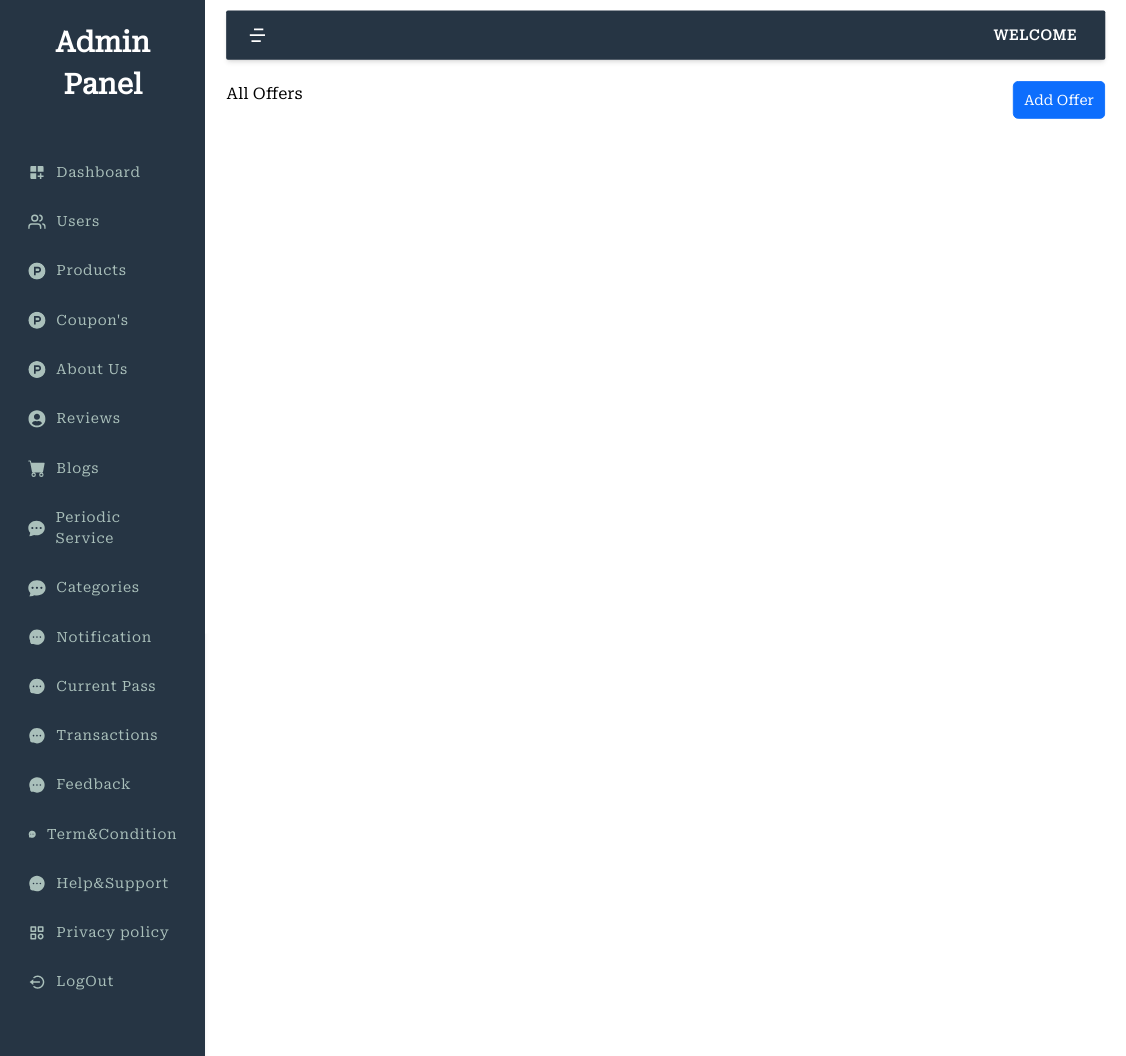
Repository: FlyweisReact/Arun-Chauhan
Page: /offers
An editor plug-in stored every save of this project. The page is shown before and after the next save, followed by the edit.
The browser window is 1280 px wide. The pictures show the whole page, at 88% of full size.
The page's requests for data from a server got no answer. Some web libraries are served in a nearby version. The project was rebuilt for these pictures with package versions that can differ from the ones it lists, and the page was loaded fresh each time. No one was signed in, and anything a server would have sent is missing. Also part of the build but not shown: src/components/forms/Login.jsx, src/components/layout/Navbar.jsx, src/components/layout/Sidebar.jsx, src/components/layout/HOC.jsx, src/components/pages/Dashboard.jsx, src/components/vendorPanel/components/pages/Message/Message.js, src/components/pages/UserKundli/UserKundli.jsx, src/components/pages/discount/Discount.jsx and 27 more.

Above is the page before, as saved 2023-03-14 15:20:44.

### public/index.html
<!-- @format -->

<!DOCTYPE html>
<html lang="en">
  <head>
    <meta charset="utf-8" />
    <!-- <link rel="icon" href="%PUBLIC_URL%/favicon.png" /> -->
    <meta name="viewport" content="width=device-width, initial-scale=1" />
    <meta name="theme-color" content="#000000" />
    <meta
      name="description"
      content="Web site created using create-react-app"
    />
    <link rel="apple-touch-icon" href="%PUBLIC_URL%/favicon.ico?v=2" />



    <link rel="manifest" href="%PUBLIC_URL%/manifest.json" />
    <link rel="preconnect" href="https://fonts.googleapis.com">
    <link rel="preconnect" href="https://fonts.gstatic.com" crossorigin>
    <link href="https://fonts.googleapis.com/css2?family=Roboto+Serif&display=swap" rel="stylesheet">
    <title>Arun   Panel</title>
  </head>
  <body>
    <noscript>You need to enable JavaScript to run this app.</noscript>
    <div id="root"></div>
    <script src="https://code.jquery.com/jquery-3.6.0.min.js"></script>
    <script src="https://kit.fontawesome.com/b533b351e4.js" crossorigin="anonymous"></script>
  </body>
</html>

### src/index.js
import React from "react";
import ReactDOM from "react-dom/client";
import "./index.css";
import App from "./App";
import { BrowserRouter } from "react-router-dom";
import 'bootstrap/dist/css/bootstrap.min.css'

const root = ReactDOM.createRoot(document.getElementById("root"));
root.render(
  <React.StrictMode>
    <BrowserRouter>
      <App />
    </BrowserRouter>
  </React.StrictMode>
);

### src/index.css
/** @format */

@tailwind base;
@tailwind components;
@tailwind utilities;




body {
  margin: 0;
  font-family: 'Roboto Serif', serif  !important;
  -webkit-font-smoothing: antialiased;
  -moz-osx-font-smoothing: grayscale;
}

/* Wcomponents */
.wcomp::-webkit-scrollbar {
  width: 0px;
}
::-webkit-scrollbar {
  width: 0px;
}
::-webkit-scrollbar-track {
  background: #696f78;
}
/* Handle */
::-webkit-scrollbar-thumb {
  background: #b4b8bf;
}

.main-card--container {
  display: grid;
  grid-template-columns: repeat(3, minmax(300px, 500px));
  grid-gap: 50px;
  justify-content: space-around;
}
.card-container {
  margin: 25px 0 auto;
  position: relative;
  display: grid;
  grid-template-columns: 1fr;
  justify-content: space-around;
  align-items: flex-start;
}

.img-thumbnail {
  width: 80px;
}
.img-large {
  max-width: 80%;
}

.formInput {
  padding: 5px;
}

.BannerImg{
  display: grid;
  grid-template-columns: auto auto auto;
  margin: 20px;
  justify-content: space-evenly;
  text-align: center;
}
.BannerImg div{
  box-shadow: rgba(0, 0, 0, 0.35) 0px 5px 15px;
  padding: 10px;

}
.BannerImg img{
  width: 400px;
  height: 200px;
}


li{
  list-style: disc;
}
.carouselImages{
  width: 200px !important;
}
.Car{
  width: 200px !important;
}

.three-Sec{
  display: grid;
  justify-content: space-evenly;
  grid-template-columns: auto auto auto;
  text-align: center;
  color: black;

}
.three-Sec div{
  box-shadow: rgba(0, 0, 0, 0.35) 0px 5px 15px;
  margin-top: 40px;
  padding : 10px;
}
.three-Sec img{
  width: 400px;
}
.three-Sec p{
  font-size: 20px;
  font-weight: bold;
  margin: 0;
}
.three-Sec button{
  border: 1px solid #B80000;
  background-color: #ffff;
  color: #B80000;
  width: 100%;
  padding: 3px;
  margin-top: 10px;
  font-size: 20px;
  transition: 0.5s;
}

.three-Sec button:hover{
  background-color: #B80000;
  color: #ffff;
}

### src/App.js
/** @format */

import { Routes, Route } from "react-router-dom";
import Login from "./components/forms/Login";
import Dashboard from "./components/pages/Dashboard";
import { ToastContainer } from "react-toastify";
import MSG from "./components/vendorPanel/components/pages/Message/Message";
import "react-toastify/dist/ReactToastify.css";
import UserKundli from "./components/pages/UserKundli/UserKundli";
import Discount from "./components/pages/discount/Discount";
import Chat from "./components/pages/reactChat/Chat";
import Horoscope from "./components/pages/horoScope/Horoscope";
import Specification from "./components/pages/SpecificationPage/Specification";
import VendorLogin from "./components/vendorPanel/components/forms/VendorLogin";
import VendorDashboard from "./components/vendorPanel/components/pages/VendorDashboard";
import Fedd from "./components/pages/FeedBack/Fedd";
import Users from "./components/vendorPanel/components/pages/Users/Users";
import TimeSlots from "./components/pages/TimeSlots/TimeSlots";
import Documents from "./components/pages/Documents/Documents";
import Notify from "./components/pages/Notifications/Notify";
import ProductDetail from "./components/pages/FeedBack/ProductDetail";
import Product from "./components/vendorPanel/components/pages/Products/Product";
import Category from "./components/vendorPanel/components/pages/Category/Category";
import Order from "./components/vendorPanel/components/pages/Orders/Order";
import Complaint from "./components/vendorPanel/components/pages/Complaint/Complaint";
import Vendor from "./components/vendorPanel/components/pages/Vendors/Vendor";
import SubCategory from "./components/pages/Subcategory/SubCategory";
import Tour from "./components/vendorPanel/components/pages/Tour";
import Transaction from "./components/vendorPanel/components/pages/Transaction";
import Privacy from "./components/vendorPanel/components/pages/Terms/Privacy";
import Terms from "./components/vendorPanel/components/pages/Terms/Terms";
import Transactions from './components/vendorPanel/components/pages/Users/Transactions'
import CurrentPass from "./components/vendorPanel/components/pages/Users/CurrentPass";
import Offers from "./components/vendorPanel/components/pages/Users/Offers";
import FeedBack from "./components/vendorPanel/components/pages/Users/FeedBack";
import TermsCon from "./components/vendorPanel/components/pages/Users/TermsCon";
import HelpSupport from "./components/vendorPanel/components/pages/Users/HelpSupport";

function App() {
  return (
    <>
      <ToastContainer />

      <Routes>
        <Route path="/vendorLogin" element={<Login />} />
        <Route path="/dashboard" element={<Dashboard />} />
        <Route path="/userkundli" element={<UserKundli />} />
        <Route path="/discount" element={<Discount />} />
        <Route path="/horoscope" element={<Horoscope />} />
        <Route path="/specification" element={<Specification />} />


        <Route path="/chat" element={<Chat />} />
        <Route path="feedback" element={<Fedd />} />
        <Route path="/time" element={<TimeSlots />} />
        <Route path="/document" element={<Documents />} />
        <Route path="/subCategory" element={<SubCategory />} />
        <Route path="/not" element={<Notify />} />
        <Route path="/viewProduct/:id" element={<ProductDetail />} />


        {/* Admin Panel */}
        <Route path="/" element={<VendorLogin />} />
        <Route path="/ven" element={<Vendor />} />
        <Route path="/product" element={<Product />} />
        <Route path="/tour" element={<Tour />} />
        <Route path='/transaction' element={<Transaction />} />
        <Route path="/users" element={<Users />} />
        <Route path="/order" element={<Order />} />
        <Route path="/msg" element={<MSG />} />
        <Route path="/complaint" element={<Complaint />} />
        <Route path="/vendorDashboard" element={<VendorDashboard />} />
        <Route path="/category" element={<Category />} />
        <Route path="/privacy" element={<Privacy />} />
        <Route path="/terms" element={<Terms />} />
        <Route path="/trans" element={<Transactions />} />
        <Route path="/currentPass" element={<CurrentPass />} />
        <Route path="/offers" element={<Offers />} />
        <Route path="/feedBacks" element={<FeedBack />} />
        <Route path="/termsCon" element={<TermsCon />} />
        <Route path='/helpSupport' element={<HelpSupport />} />
      </Routes>
    </>
  );
}

export default App;

### src/components/vendorPanel/components/pages/Users/Offers.js
/** @format */

import axios from "axios";
import { Button, Modal, Form } from "react-bootstrap";
import React, { useEffect, useState } from "react";
import HOC from "../../layout/HOC";

const Offers = () => {
  const [data, setData] = useState([]);
  const [modalShow, setModalShow] = useState(false);

  const fetchData = async () => {
    try {
      const { data } = await axios.get(
        "https://5o53oluanh.execute-api.ap-south-1.amazonaws.com/development/offers/getalloffersByAdmin"
      );
      setData(data);
    } catch (e) {
      console.log(e);
    }
  };

  useEffect(() => {
    fetchData();
  }, []);

  const deleteHandler = async (id) => {
    try {
      const { data } = await axios.delete(
        `https://5o53oluanh.execute-api.ap-south-1.amazonaws.com/development/offers/deleteOffersByAdmin/${id}`
      );
      console.log(data);
      fetchData();
      alert("Offer Deleted");

    } catch (e) {
      console.log(e);
    }
  };

  function PostOffer(props) {
    const [image, setImage] = useState("");
    const [ImageUrl, setImageUrl] = useState("");
    const [desc, setDesc] = useState("");

    const uploadImage = (e) => {
      const data = new FormData();
      data.append("file", image);
      data.append("upload_preset", "ml_default");
      data.append("cloud_name", "dbcnha741");
      fetch("https://api.cloudinary.com/v1_1/dbcnha741/image/upload", {
        method: "post",
        body: data,
      })
        .then((res) => res.json())
        .then((data) => {
          setImageUrl(data.url);
          console.log(data.url);
        })
        .catch((err) => {
          console.log(err);
        });
    };

    const postHandler = async (e) => {
      e.preventDefault();
      try {
        const { data } = await axios.post(
          "https://5o53oluanh.execute-api.ap-south-1.amazonaws.com/development/offers/offerstouserByAdmin",
          {
            image: ImageUrl,
            desc,
          }
        );
        console.log(data);
        props.onHide();
        fetchData();
        alert("Offer Created");

      } catch (e) {
        console.log(e);
      }
    };

    return (
      <Modal
        {...props}
        size="lg"
        aria-labelledby="contained-modal-title-vcenter"
        centered
      >
        <Modal.Header closeButton>
          <Modal.Title id="contained-modal-title-vcenter">
            Add Offer
          </Modal.Title>
        </Modal.Header>
        <Modal.Body>
          <Form onSubmit={postHandler}>
            <Form.Group className="mb-3">
              <Form.Label>Image</Form.Label>
              <Form.Control
                type="file"
                onChange={(e) => setImage(e.target.files[0])}
              />
            </Form.Group>
            <Form.Group className="mb-3">
              <Form.Label>Description</Form.Label>
              <Form.Control
                type="text"
                onClick={() => uploadImage()}
                onChange={(e) => setDesc(e.target.value)}
              />
            </Form.Group>
            <Button type="submit">Submit</Button>
          </Form>
        </Modal.Body>
        <Modal.Footer></Modal.Footer>
      </Modal>
    );
  }

  return (
    <>
      <PostOffer show={modalShow} onHide={() => setModalShow(false)} />

      <div style={{ display: "flex", justifyContent: "space-between" }}>
        <p style={{ color: "black", fontSize: " 18px" }}>All Offers</p>
        <Button onClick={ () => setModalShow(true)}>Add Offer</Button>
      </div>

      <div className="BannerImg">
        {data?.data?.map((i, index) => (
          <div key={index} style={{ marginTop: "40px" }}>
            <img src={i.image} alt="" />
            <p style={{ color: "black" }}>{i.desc}</p>
            <Button
              variant="outline-danger"
              style={{ width: "100%" }}
              onClick={() => deleteHandler(i._id)}
            >
              Delete
            </Button>
          </div>
        ))}
      </div>
    </>
  );
};

export default HOC(Offers);

### src/components/vendorPanel/components/layout/HOC.jsx
import React, { useState } from "react";
import Navbar from "./Navbar";
import Sidebar from "./Sidebar";

const HOC = (Wcomponenet) => {
  return function Component() {
    const [hamb, setHamb] = useState(false);
    return (
      <>
        <section className="flex overflow-x-hidden relative">
          {/* Sidebar */}
          <div
            className={
              hamb
                ? " absolute top-0 z-30 md:w-auto shadow-md bg-slate-200  w-60 transition-all md:-left-full left duration-150  h-auto overflow-y-auto  left-0 "
                : " md:w-72 z-30 bg-slate-200  shadow-md  md:static absolute top-0 -left-full   transition-all duration-150  overflow-y-auto h-auto"
            }
          >
            <Sidebar hamb={hamb} setHamb={setHamb} />
          </div>
          {/* Components & Navbar */}
          <div
            className={
              hamb
                ? " transition-all px-4 py-2  bg-white duration-150 w-full h-screen"
                : " w-full h-screen  px-4 py-2  bg-white z-50 transition-all duration-150 "
            }
          >
            <Navbar hamb={hamb} setHamb={setHamb} />
            <div className="my-6 text-white h-[87%] wcomp overflow-y-auto">
              <Wcomponenet />
            </div>
          </div>
        </section>
      </>
    );
  };
};

export default HOC;

### src/components/vendorPanel/components/layout/Navbar.jsx
/** @format */

import { RiMenu4Line } from "react-icons/ri";

const Navbar = ({ hamb, setHamb }) => {

  return (
    <>

      <div
        className={
          hamb
            ? "flex  w-full justify-between  my-1 rounded-sm  p-4 py-3 shadow-md items-center  bg-slate-200 space-x-4"
            : "flex  w-full justify-between my-1 rounded-sm  p-4 py-3 shadow-md items-center  bg-slate-200 space-x-4"
        }
        style={{   backgroundColor: "#263544", color : "#fff"}}
      >
        <RiMenu4Line
          onClick={() => setHamb(!hamb)}
          className="text-2xl font-bold text-#fff-900 hover:scale-90 cursor-pointer"
        />

        <section className="flex sm:ml-auto justify-end sm:w-full items-center space-x-2  pr-2">
          <figcaption className="tracking-wider pl-1 font-semibold">
            <div className="lg:text-base text-sm text-#fff-900  uppercase" >
              Welcome
            </div>
          </figcaption>
        </section>


      </div>
    </>
  );
};

export default Navbar;

### src/components/vendorPanel/components/layout/Sidebar.jsx
/** @format */

import React from "react";
import { RiCloseLine } from "react-icons/ri";
import { Link, useNavigate } from "react-router-dom";
import { BsFillCartFill } from "react-icons/bs";
import { BiLogOutCircle ,BiCategory } from "react-icons/bi";
import { MdDashboardCustomize } from "react-icons/md";
import { BsFillChatDotsFill } from "react-icons/bs";
import { AiFillMessage } from "react-icons/ai";
import {FaProductHunt , FaUserCircle} from 'react-icons/fa'
import {FiUsers} from 'react-icons/fi'

const Sidebar = ({ hamb, setHamb }) => {
  const navigate = useNavigate();

  const nav = [
    {
      icon: <MdDashboardCustomize className="text-xl mr-3 rounded-full " />,
      link: "/vendorDashboard",
      name: "Dashboard",
    },
    {
      icon: <FiUsers className="text-xl mr-3" />,
      link: "/ven",
      name: "Users",
    },
    {
      icon: <FaProductHunt className="text-xl mr-3 rounded-full " />,
      link: "/tour",
      name: "Products",
    },
    {
      icon: <FaProductHunt className="text-xl mr-3 rounded-full " />,
      link: "/product",
      name: "Coupon's",
    },
    {
      icon: <FaProductHunt className="text-xl mr-3 rounded-full " />,
      link: "/transaction",
      name: "About Us",
    },
    {
      icon: <FaUserCircle className="text-xl mr-3" />,
      link: "/users",
      name: "Reviews",
    },
    {
      icon: <BsFillCartFill className="text-xl mr-3" />,
      link: "/order",
      name: "Blogs",
    },
    {
      icon: <BsFillChatDotsFill className="text-xl mr-3" />,
      link: "/complaint",
      name: "Periodic Service",
    },
    {
      icon: <BsFillChatDotsFill className="text-xl mr-3" />,
      link: "/offers",
      name: "Categories",
    },
    {
      icon: <AiFillMessage className="text-xl mr-3 rounded-full " />,
      link: "/msg",
      name: "Notification",
    },
    {
      icon: <AiFillMessage className="text-xl mr-3 rounded-full " />,
      link: "/currentPass",
      name: "Current Pass",
    },
    {
      icon: <AiFillMessage className="text-xl mr-3 rounded-full " />,
      link: "/trans",
      name: "Transactions",
    },
    {
      icon: <AiFillMessage className="text-xl mr-3 rounded-full " />,
      link: "/feedBacks",
      name: "Feedback",
    },
    {
      icon: <AiFillMessage className="text-xl mr-3 rounded-full " />,
      link: "/termsCon",
      name: "Term&Condition",
    },
    {
      icon: <AiFillMessage className="text-xl mr-3 rounded-full " />,
      link: "/helpSupport",
      name: "Help&Support",
    },
    {
      icon: <BiCategory className="text-xl mr-3" />,
      link: "/privacy",
      name: "Privacy policy",
    }
  ];

  const logOut = () => {
    localStorage.removeItem("token");
    navigate("/vendorLogin");
  };

  return (
    <>
      <div className="p-4 h-auto"   style={{
          backgroundColor: "#263544",
          minHeight : '100vh'
        }}>
        {/* Top */}
        <div className="w-full md:hidden relative  p-2 mb-4">
          <RiCloseLine
            onClick={() => setHamb(!hamb)}
            className="text-3xl  absolute top-2 sm:hover:rotate-[228deg] transition-transform font-bold right-2 sm:hover:text-[22px] text-[rgb(241,146,46)] cursor-pointer"
          />
        </div>
        {/* Logo */}
        <figure className="flex  flex-col items-center">
        <span
            className="font-bold text-[rgb(241,146,46)]"
            style={{ fontSize: "2rem", textAlign: "center", color: "#fff" }}
          >
            Admin Panel
          </span>
        </figure>
        {/* Nav-menu */}
        <nav className="py-6">
          {nav.map((nav) => {
            return (
              <Link to={nav.link} key={nav.name} className="" style={{textDecoration : 'none'}}>
                <span className="flex my-3 items-center cursor-pointer    tracking-wider p-2 rounded-sm"  style={{ color: "#aac0bb"  , textDecoration : 'none'}}>
                  {nav.icon} {nav.name}
                </span>
              </Link>
            );
          })}
          <span
            className="flex my-3 items-center cursor-pointer   tracking-wider p-2 rounded-sm"
            onClick={() => logOut()}
            style={{ color: "#aac0bb" }}
          >
            <BiLogOutCircle className="text-xl mr-3 rounded-full " /> LogOut
          </span>
        </nav>
      </div>
    </>
  );
};

export default Sidebar;

Loaded but not shown: tailwind.config.js (common file)

After the next save:
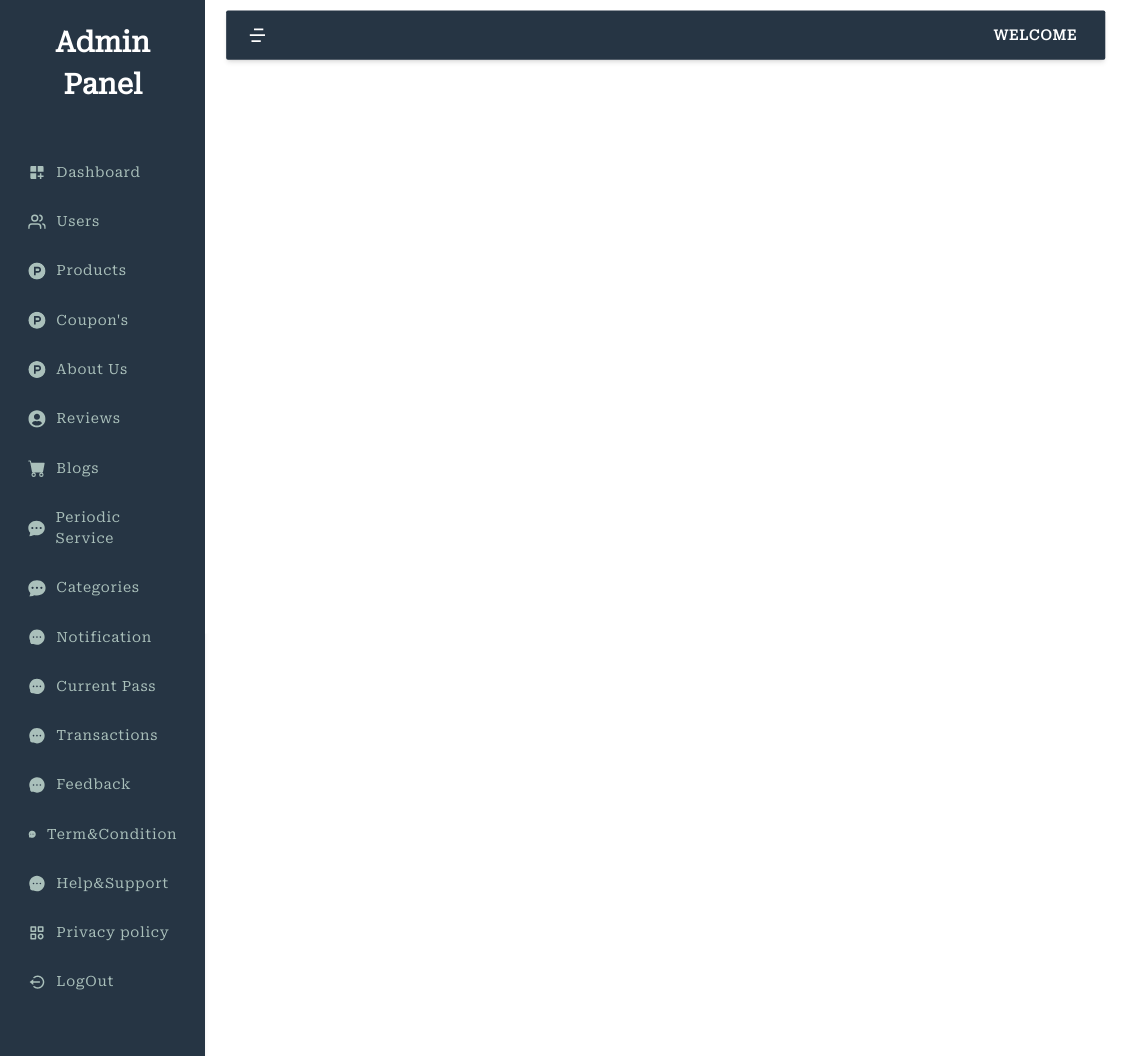
Saved 23 s later.
--- a/src/components/vendorPanel/components/pages/Users/Offers.js
+++ b/src/components/vendorPanel/components/pages/Users/Offers.js
@@ -121,28 +121,7 @@ const Offers = () => {
 
   return (
     <>
-      <PostOffer show={modalShow} onHide={() => setModalShow(false)} />
 
-      <div style={{ display: "flex", justifyContent: "space-between" }}>
-        <p style={{ color: "black", fontSize: " 18px" }}>All Offers</p>
-        <Button onClick={ () => setModalShow(true)}>Add Offer</Button>
-      </div>
-
-      <div className="BannerImg">
-        {data?.data?.map((i, index) => (
-          <div key={index} style={{ marginTop: "40px" }}>
-            <img src={i.image} alt="" />
-            <p style={{ color: "black" }}>{i.desc}</p>
-            <Button
-              variant="outline-danger"
-              style={{ width: "100%" }}
-              onClick={() => deleteHandler(i._id)}
-            >
-              Delete
-            </Button>
-          </div>
-        ))}
-      </div>
     </>
   );
 };
